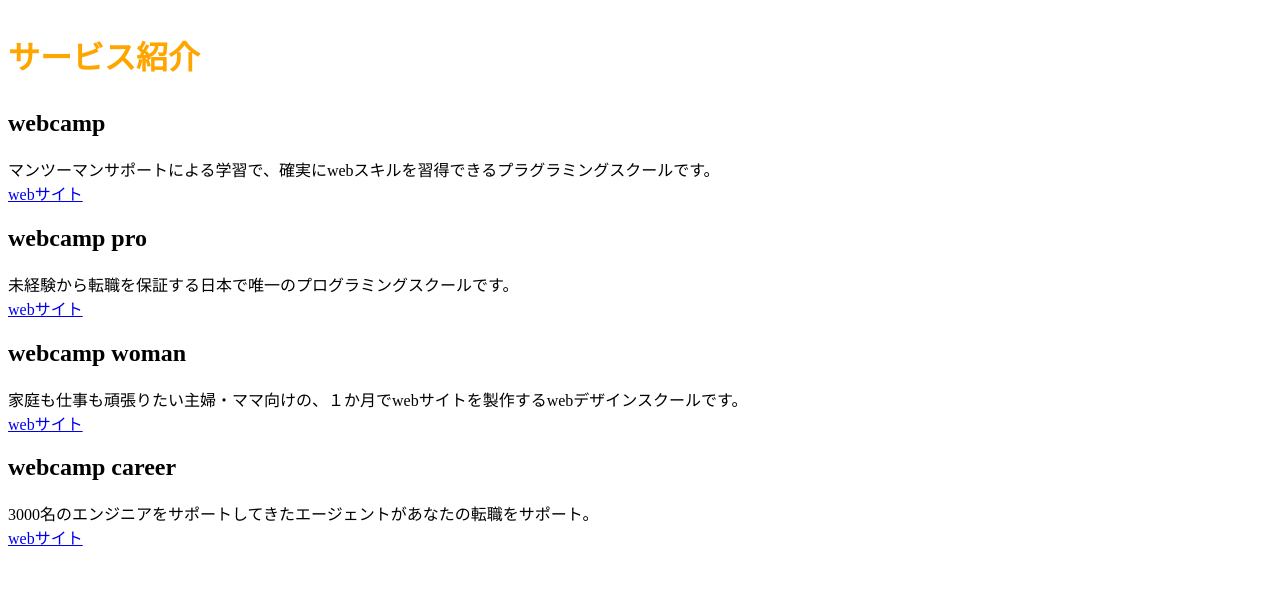
Repository: YasuyoshiSakai/kadai1
Page: sample/ensyuu.html
The author's editor kept a record of every edit. The page is drawn from the files as they stood at one moment, then again after the next edit.
The browser window is 1280 px wide. The pictures show the whole page.

Above is the page before.

### sample/ensyuu.html
<!DOCTYPE HTML>
<html lang="ja">
  <head>
    <meta charset="UTF-8" />
    <title>初めてのHTML</title>
    <link rel="stylesheet" href="style.css">
  </head>

  <body>
<h1><p class="orange">サービス紹介</p></h1>

<h2>webcamp</h2>
マンツーマンサポートによる学習で、確実にwebスキルを習得できるプラグラミングスクールです。<br>
<a href="https://www.google.com/?hl=ja">webサイト</a><br>

<h2>webcamp pro</h2>
未経験から転職を保証する日本で唯一のプログラミングスクールです。<br>
<a href="https://www.google.com/?hl=ja">webサイト</a><br>
<h2>webcamp woman</h2>
家庭も仕事も頑張りたい主婦・ママ向けの、１か月でwebサイトを製作するwebデザインスクールです。<br>
<a href="https://www.google.com/?hl=ja">webサイト</a><br>
<h2>webcamp career</h2>
3000名のエンジニアをサポートしてきたエージェントがあなたの転職をサポート。<br>
<a href="https://www.google.com/?hl=ja">webサイト</a><br>
  </body>
</html>

### sample/style.css
.orange{
color:orange;
}

After the next edit:
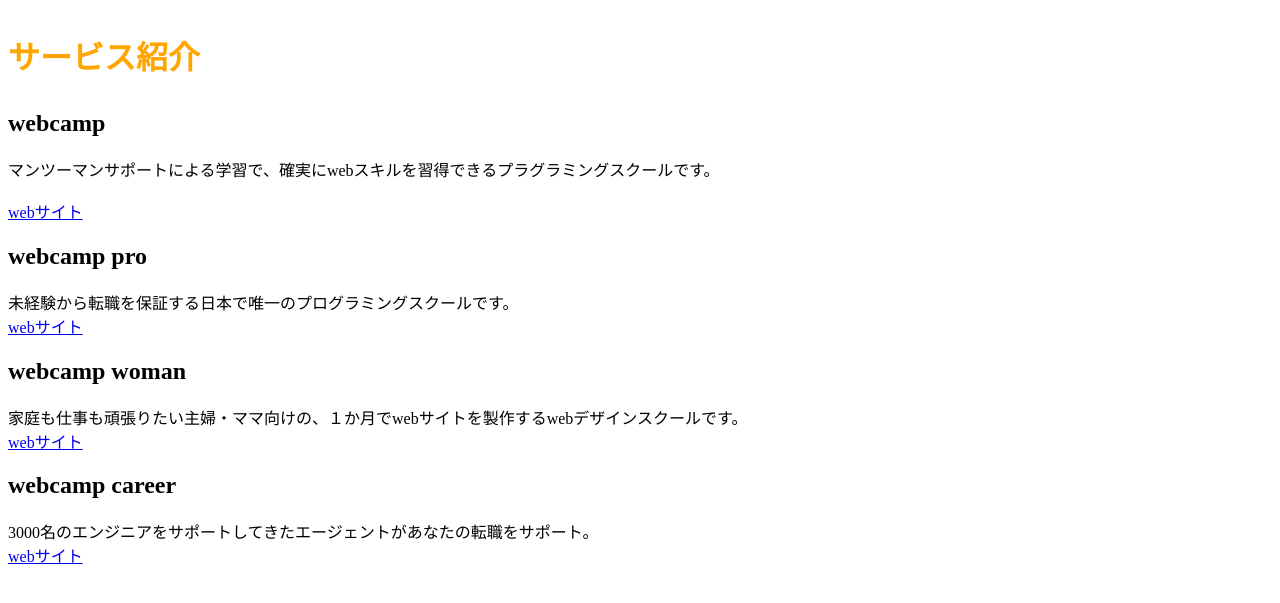
The edit:
--- a/sample/ensyuu.html
+++ b/sample/ensyuu.html
@@ -10,7 +10,7 @@
 <h1><p class="orange">サービス紹介</p></h1>
 
 <h2>webcamp</h2>
-マンツーマンサポートによる学習で、確実にwebスキルを習得できるプラグラミングスクールです。<br>
+マンツーマンサポートによる学習で、確実にwebスキルを習得できるプラグラミングスクールです。<br><br>
 <a href="https://www.google.com/?hl=ja">webサイト</a><br>
 
 <h2>webcamp pro</h2>
